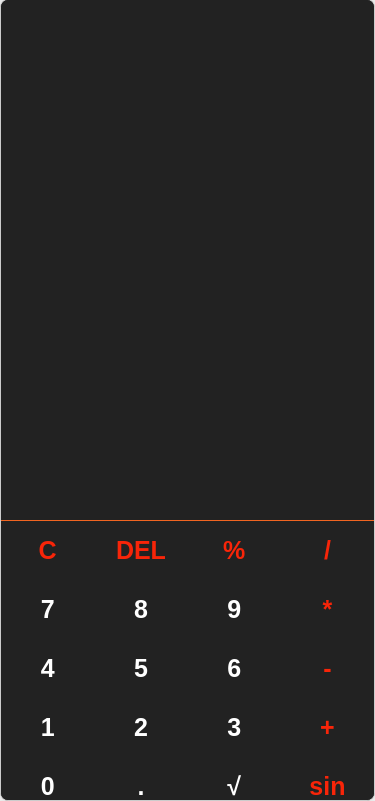
Repository: JuliusMonday/myCalculator
Page: index.html
An editor plug-in stored every save of this project. The page is shown before and after the next save, followed by the edit.
The browser window is 375 px wide. The pictures show the whole page.

Above is the page before, as saved 2024-05-31 09:35:07.

### index.html
<!DOCTYPE html>
<html lang="en">
<head>
    <meta charset="UTF-8">
    <meta name="viewport" content="width=device-width, initial-scale=1.0">
    <title>JuliusCalc - Scientific Calculator</title>
    <link rel="stylesheet" href="styles.css">
</head>
<body>
    <div class="calculator">
        <div class="display">
            <input type="text" id="result" disabled>
        </div>
        <div class="buttons">
            <button onclick="clearDisplay()" class="oranges">C</button>
            <button onclick="deleteChar()" class="oranges">DEL</button>
            <button onclick="appendChar('%')" class="oranges">%</button>
            <button onclick="appendChar('/')" class="oranges">/</button>

            <button onclick="appendChar('7')">7</button>
            <button onclick="appendChar('8')">8</button>
            <button onclick="appendChar('9')">9</button>
            <button onclick="appendChar('*')" class="oranges">*</button>

            <button onclick="appendChar('4')">4</button>
            <button onclick="appendChar('5')">5</button>
            <button onclick="appendChar('6')">6</button>
            <button onclick="appendChar('-')" class="oranges">-</button>

            <button onclick="appendChar('1')">1</button>
            <button onclick="appendChar('2')">2</button>
            <button onclick="appendChar('3')">3</button>
            <button onclick="appendChar('+')" class="oranges">+</button>

            <button onclick="appendChar('0')">0</button>
            <button onclick="appendChar('.')">.</button>
            <button onclick="appendChar('Math.sqrt(')">√</button>

            <button onclick="appendChar('Math.sin(')" class="oranges">sin</button>
            <button onclick="appendChar('Math.cos(')" class="oranges">cos</button>
            <button onclick="appendChar('Math.log(')">log</button>
            <button onclick="calculate()" class="equals">=</button>
        </div>
        <marquee><p><b>JuliusCalc||</b> <em>Created by Julius</em></p></marquee>
    </div>
    <script src="index.js"></script>
</body>
</html>

### styles.css
body {
    display: flex;
    justify-content: center;
    align-items: center;
    height: 100vh;
    background-color: #f0f0f0;
    font-family: 'Arial', sans-serif;
    margin: 0;
}

.calculator {
    width: 300px;
    border: 1px solid #ccc;
    border-radius: 8px;
    overflow: hidden;
    box-shadow: 0 0 10px rgba(0, 0, 0, 0.1);
    background-color: #ffffff;
}

.display {
    background-color: #222;
    color: #fff;
    padding: 0;
    font-size: 24px;
    position: relative;
    height: 60px;
    display: flex;
    align-items: flex-end;
    padding-right: 10px;
}

.display input {
    width: 100%;
    border: none;
    background: none;
    color: #fff;
    text-align: right;
    font-size: 24px;
    padding: 0;
    box-sizing: border-box;
    line-height: 60px;
    height: 60px;
}

.buttons {
    display: grid;
    grid-template-columns: repeat(4, 1fr);
}

button {
    padding: 20px;
    font-size: 18px;
    border: 1px solid #ccc;
    background-color: #fff;
    cursor: pointer;
    transition: background-color 0.2s;
}

/* button:hover {
    background-color: #f0f0f0;
} */

/* button:active {
    background-color: #ddd;
    color:#222;
} */

/* Responsive Design */
@media (max-width: 600px) {
    .calculator {
        width: 100%;
        height: 100%;
        border-radius: 5;
        background-color:#222;
    }
    .display {
        padding: 10px;
        font-size: 20px;
        height: 500px;
        border-bottom: 1px solid #F16521 ;
    }
    button {
        padding: 15px;
        font-size: 25px;
        background-color:#222;
        color: #fff;
        border: none;
        font-weight: bold;

    }
    .oranges{
        color:#F82509;
    }
    .equals{
        background-color:#F82509;
        border:none;
        border-radius: 50%;
    }

    p{
        color:#F82509;
    }
}

### index.js
let display = document.getElementById('result');

function clearDisplay() {
    display.value = '';
}

function deleteChar() {
    display.value = display.value.slice(0, -1);
}

function appendChar(char) {
    display.value += char;
}

function calculate() {
    try {
        display.value = eval(display.value);
    } catch (e) {
        display.value = 'Error';
    }
}

// Updated percentage handling
function calculatePercentage() {
    try {
        // Evaluate the current expression
        let currentExpression = eval(display.value);
        // Divide by 100 to get the percentage value
        display.value = currentExpression / 100;
    } catch (e) {
        display.value = 'Error';
    }
}

// Update the appendChar function for %
function appendChar(char) {
    if (char === '%') {
        calculatePercentage();
    } else {
        display.value += char;
    }
}

After the next save:
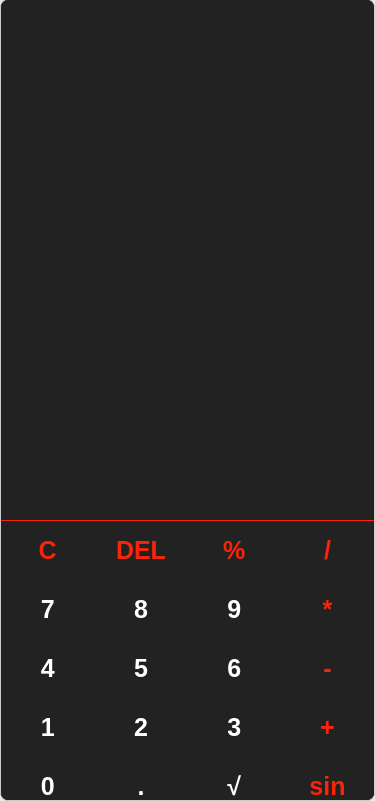
Saved 6 s later.
--- a/styles.css
+++ b/styles.css
@@ -77,7 +77,7 @@ button {
         padding: 10px;
         font-size: 20px;
         height: 500px;
-        border-bottom: 1px solid #F16521 ;
+        border-bottom: 1px solid #F82509 ;
     }
     button {
         padding: 15px;
